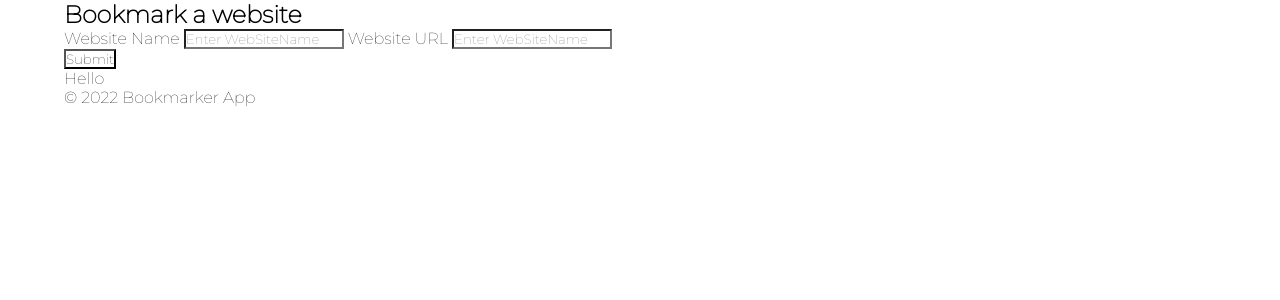
Repository: Suporl9/BookMarkerApp
Page: index.html
These files come from the project's save history. The page is drawn as it stood at one moment and after the next save; the edit follows.
The browser window is 1280 px wide. The pictures show the whole page.

Above is the page before, as saved 2021-11-21 17:23:17.

### index.html
<!DOCTYPE html>
<html lang="en">
  <head>
    <meta charset="UTF-8" />
    <meta http-equiv="X-UA-Compatible" content="IE=edge" />
    <meta name="viewport" content="width=device-width, initial-scale=1.0" />
    <link rel="stylesheet" href="./style.css" />
    <title>Document</title>
  </head>
  <body>
    <div class="container">
      <div class="bookmarkerSection"></div>
      <div class="vh"></div>
      <div class="formInput">
        <form>
          <h2>Bookmark a website</h2>
          <div class="sitesec">
            <label name="siteName">Website Name</label>
            <input
              type="text"
              name="sitename"
              placeholder="Enter WebSiteName"
            />
            <label name="siteName">Website URL</label>
            <input
              type="text"
              name="sitename"
              placeholder="Enter WebSiteName"
            />
          </div>
          <button>Submit</button>
        </form>
      </div>
      <div class="toBeAdded">Hello</div>
      <footer class="footer">
        <p>&copy; 2022 Bookmarker App</p>
      </footer>
    </div>
  </body>
</html>

### style.css
@import url("https://fonts.googleapis.com/css2?family=Montserrat:wght@100&display=swap");

:root {
  --main-bg-color: rgb(255, 255, 255);
}
* {
  background-color: var(--main-bg-color);
  font-family: "Montserrat", sans-serif;
  box-sizing: border-box; /* includes padding in height and width(the box outside doesnot get bigger when adding padding and stuff)*/
  margin: 0;
  padding: 0;
  /* border: none; */
}
.container {
  margin: auto;
  width: 90%;
}

After the next save:
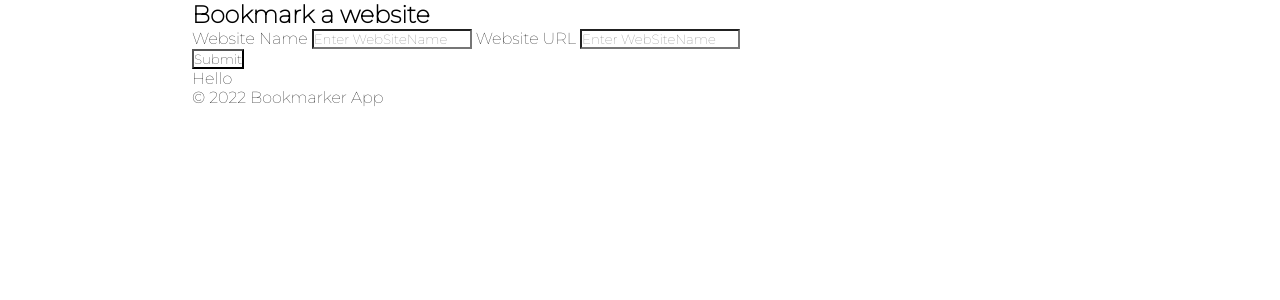
Saved 5 s later.
--- a/style.css
+++ b/style.css
@@ -13,5 +13,5 @@
 }
 .container {
   margin: auto;
-  width: 90%;
+  width: 70%;
 }
